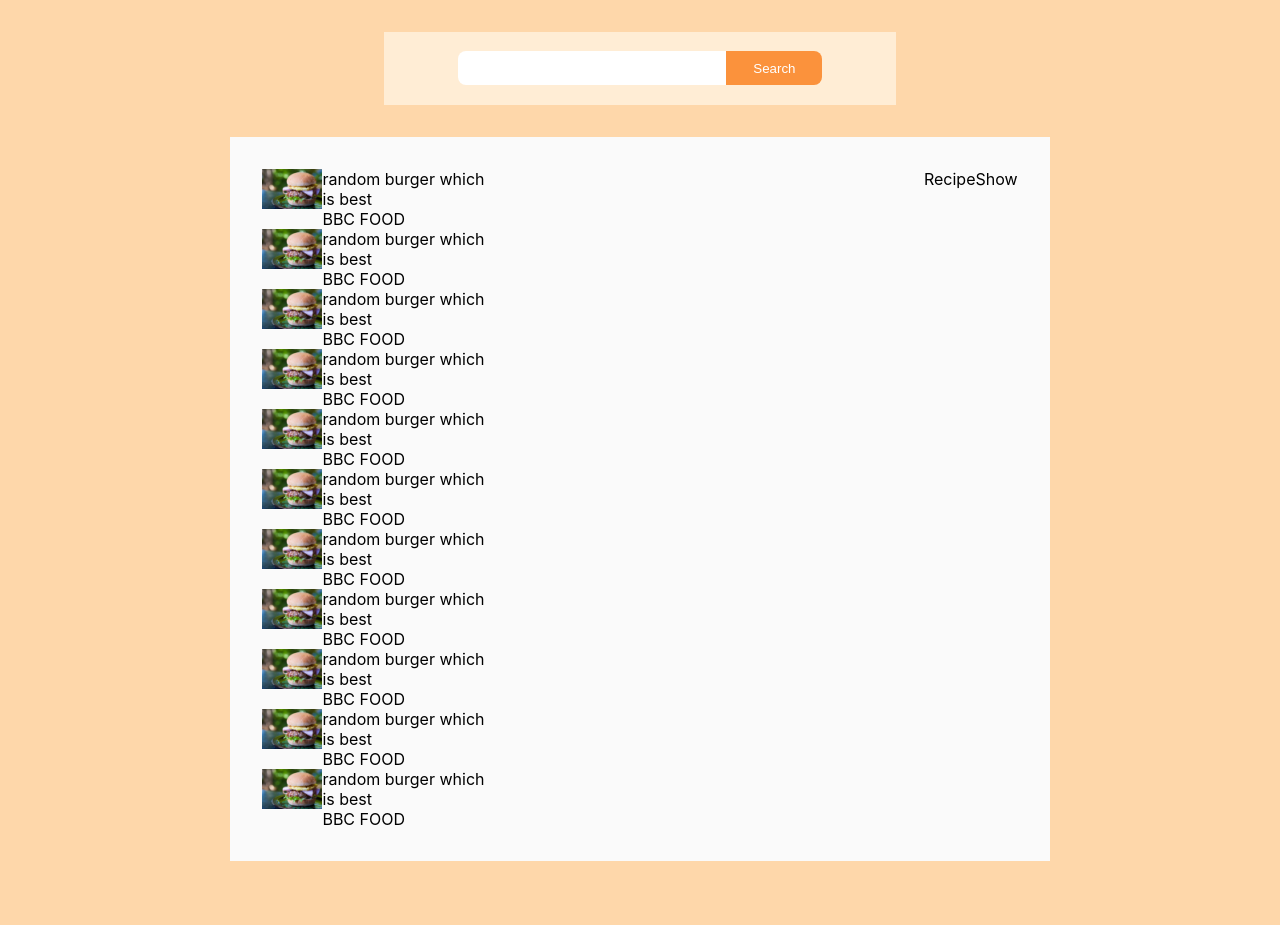
Repository: sandipkarmokar/recipeApp
Page: /
The author's editor kept a copy of each file at every save. The page is drawn from the files as they stood at one save, then again after the next save.
The browser window is 1280 px wide. The pictures show the whole page.
The project was rebuilt for these pictures with package versions that can differ from the ones it lists, and the page was loaded fresh each time.

Above is the page before, as saved 2022-04-16 12:15:44.

After the next save:
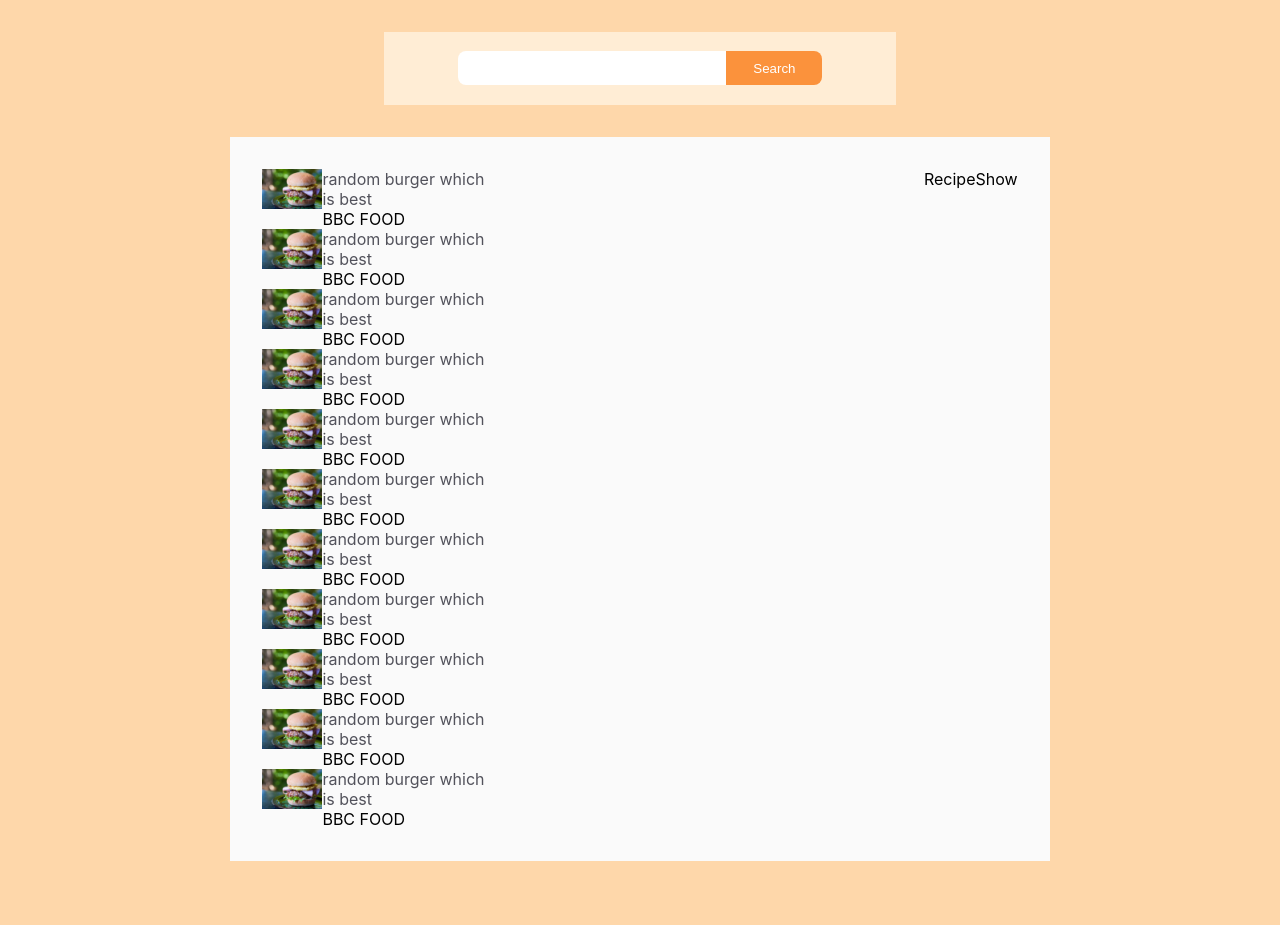
Saved 18 s later.
--- a/src/App.css
+++ b/src/App.css
@@ -98,5 +98,6 @@
     .recipe-item
     .info
     .title {
-    color: ;
+    color: #52525b;
+    font-size: 1rem;
 }
